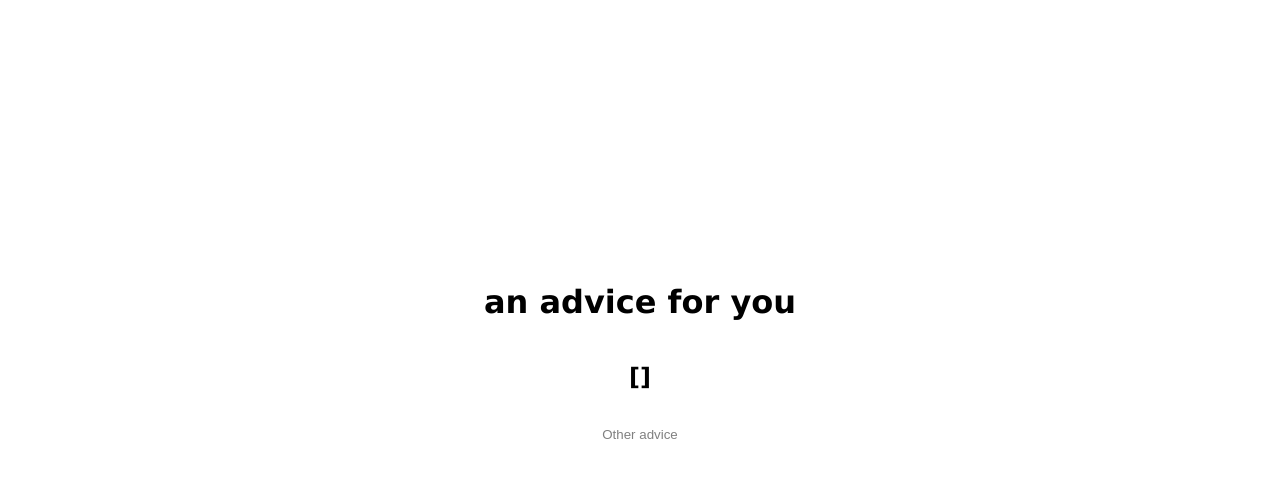
Repository: Fernandamendonc/Advice
Page: /
The author's editor kept a copy of each file at every save. The page is drawn from the files as they stood at one save, then again after a run of saves.
The browser window is 1280 px wide. The pictures show the whole page.
The page's requests for data from a server got no answer. The project was rebuilt for these pictures with package versions that can differ from the ones it lists, and the page was loaded fresh each time. The framework's server and built-in components were replaced by stand-ins that run in the browser. No one was signed in, and anything a server would have sent is missing. Also part of the build but not shown: next.config.js.

Above is the page before, as saved 2022-08-16 20:53:03.

After the next 3 saves:
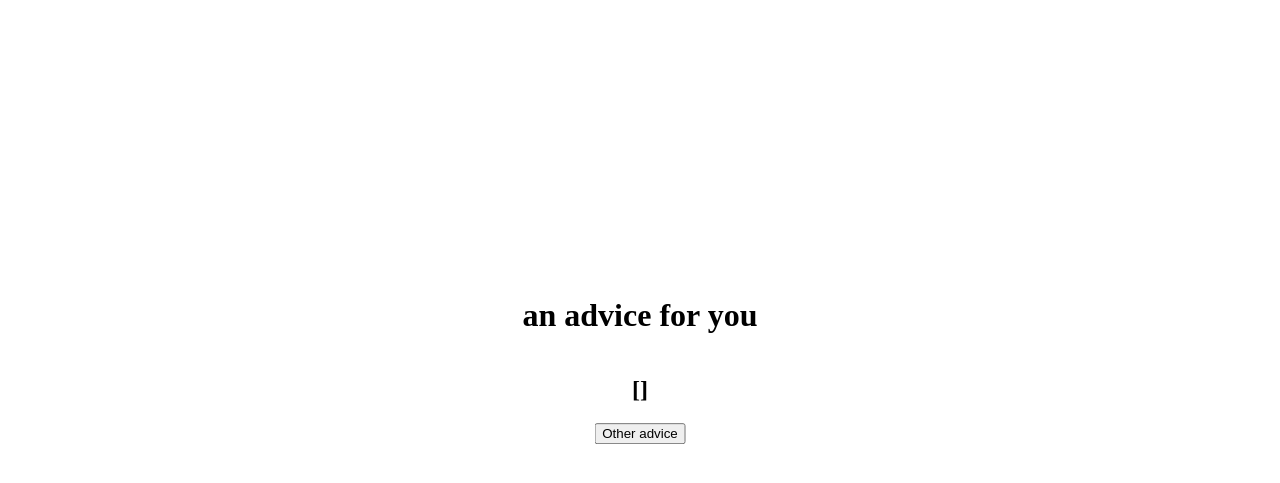
The 3 saves are shown as one change because they came seconds apart.
The last was saved 14 s later.
--- a/src/components/button/styles.ts
+++ b/src/components/button/styles.ts
@@ -11,7 +11,7 @@ export const Container = styled.div`
   left: 50%;
   transform: translate(-50%, -50%);
 
-  font-family: 'Lucida Sans', 'Lucida Sans Regular', 'Lucida Grande', 'Lucida Sans Unicode', Geneva, Verdana, sans-serif;
+  font-family: 'Times New Roman', Times, serif
 
   button{
     padding: 1rem 5rem;
